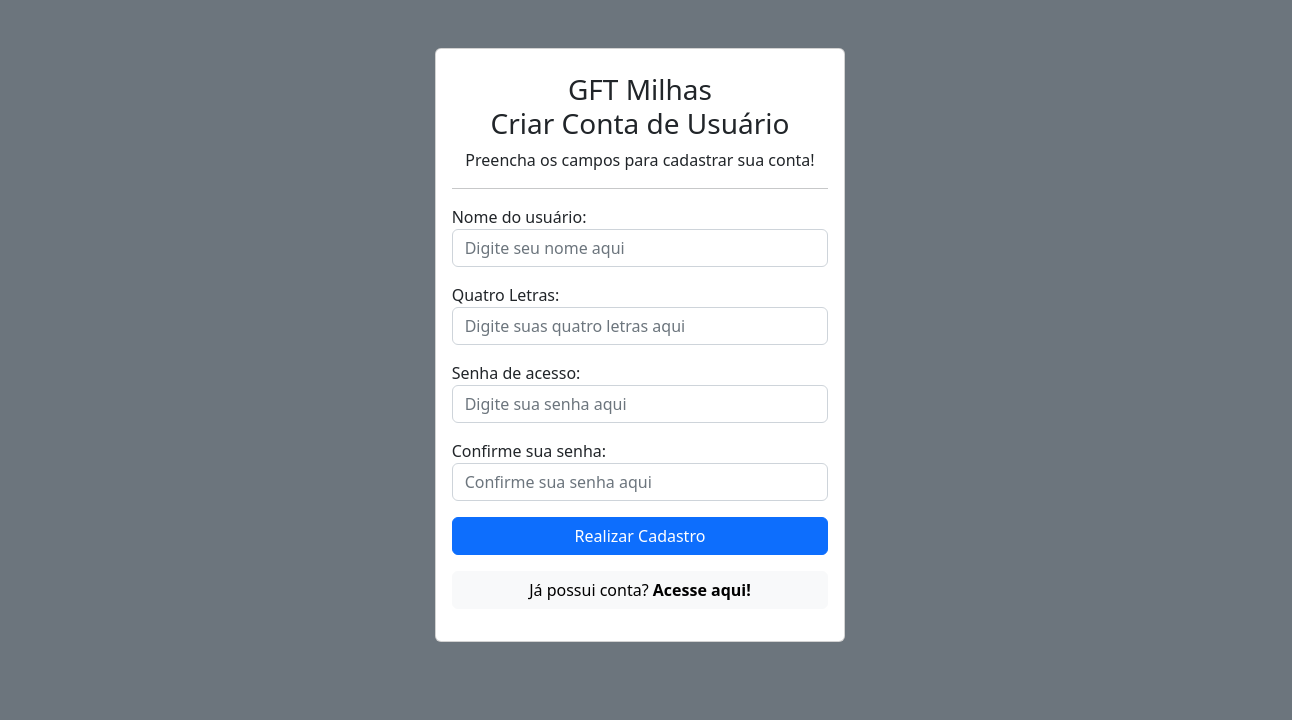
Repository: thamaraamaral/desafio_mvc1
Page: http://localhost/projeto-milhas/WEB-INF/views/register.jsp
The author's editor kept a copy of each file at every save. The page is drawn from the files as they stood at one save, then again after the next save.
The browser window is 1280 px wide. The page is 1292 px wide, so the pictures cover 1292 px, including what lies to the right of the window. The pictures show the whole page.
The page is served by Tomcat 9. Nobody is signed in. Other server files are loaded and not shown. The template is opened directly, without the code that normally fills it, so the values that code supplies are empty.

Above is the page before, as saved 2022-10-27 14:18:02.

### projeto-milhas/src/main/webapp/WEB-INF/views/register.jsp
<%@ page language="java" contentType="text/html; charset=UTF-8"
	pageEncoding="UTF-8"%>
<!DOCTYPE html>
<html>
<head>
<meta charset="UTF-8">
<title>GFT Milhas</title>

<!-- CSS only -->
<link
	href="https://cdn.jsdelivr.net/npm/bootstrap@5.2.2/dist/css/bootstrap.min.css"
	rel="stylesheet">
</head>
<body class="bg-secondary">

	<div class="row">
		<div class="col-md-4 offset-md-4">
			<div class="card mt-5">
				<div class="card-body">

					<div class="text-center">

						<h3 class="mt-2">GFT Milhas <br>Criar Conta de Usuário</h3>
						<p>Preencha os campos para cadastrar sua conta!</p>
						<hr />
					</div>

					<form action="">

						<div class="mb-3">
							<label>Nome do usuário:</label> <input type="text"
								class="form-control" placeholder="Digite seu nome aqui">
						</div>

						<div class="mb-3">
							<label>Quatro Letras:</label> <input type="text"
								class="form-control" placeholder="Digite suas quatro letras aqui">
						</div>

						<div class="mb-3">
							<label>Senha de acesso:</label> <input type="password"
								class="form-control" placeholder="Digite sua senha aqui">
						</div>

												<div class="mb-3">
							<label>Confirme sua senha:</label> <input type="password"
								class="form-control" placeholder="Confirme sua senha aqui">
						</div>

						<div class="mb-3">
							<div class="d-grid">
								<input type="submit" value="Realizar Cadastro"
									class="btn btn-primary" />
							</div>
						</div>

						<div class="mb-3">
							<div class="d-grid">
								<a href="/projeto-milhas/" class="btn btn-light">
									Já possui conta? <strong>Acesse aqui!</strong></a>
							</div>
						</div>
					</form>
				</div>
			</div>
		</div>
	</div>
	<!-- JavaScript Bundle with Popper -->
	<script
		src="https://cdn.jsdelivr.net/npm/bootstrap@5.2.2/dist/js/bootstrap.bundle.min.js"></script>
</body>
</html>

After the next save:
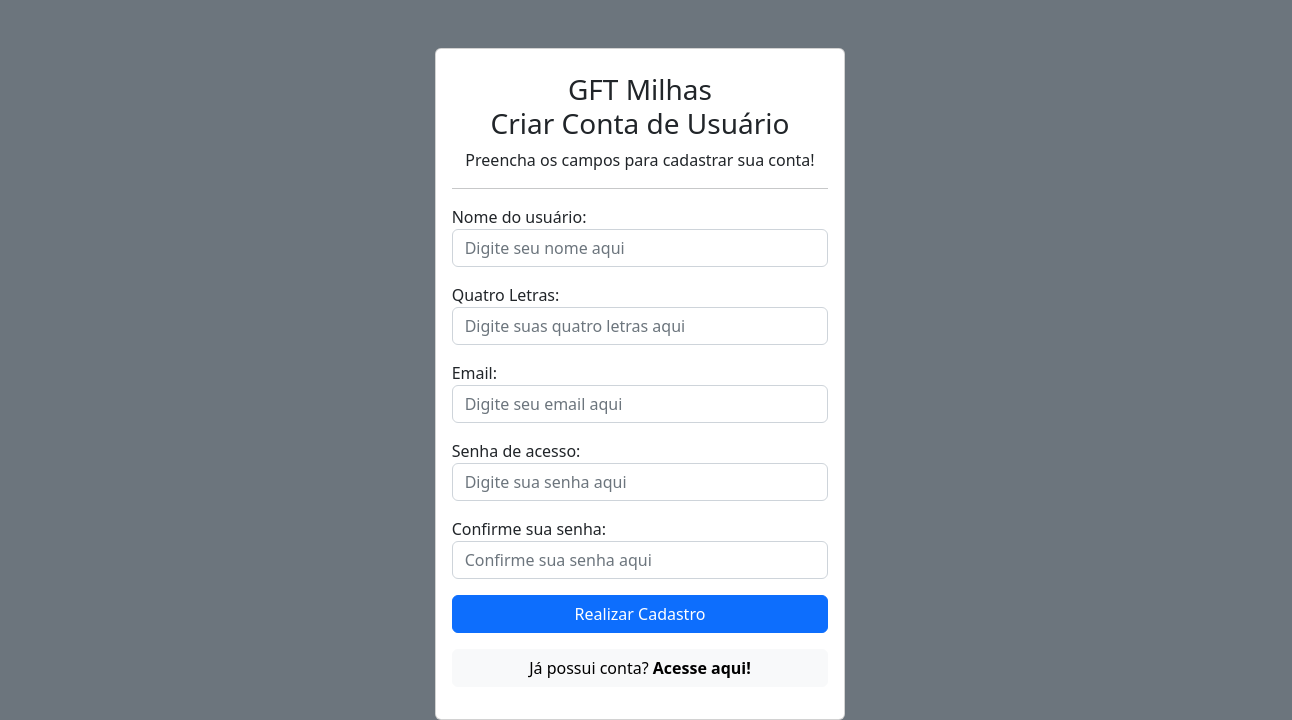
Saved 38 s later.
--- a/projeto-milhas/src/main/webapp/WEB-INF/views/register.jsp
+++ b/projeto-milhas/src/main/webapp/WEB-INF/views/register.jsp
@@ -20,7 +20,9 @@
 
 					<div class="text-center">
 
-						<h3 class="mt-2">GFT Milhas <br>Criar Conta de Usuário</h3>
+						<h3 class="mt-2">
+							GFT Milhas <br>Criar Conta de Usuário
+						</h3>
 						<p>Preencha os campos para cadastrar sua conta!</p>
 						<hr />
 					</div>
@@ -34,7 +36,14 @@
 
 						<div class="mb-3">
 							<label>Quatro Letras:</label> <input type="text"
-								class="form-control" placeholder="Digite suas quatro letras aqui">
+								class="form-control"
+								placeholder="Digite suas quatro letras aqui">
+						</div>
+
+						<div class="mb-3">
+							<label>Email:</label> <input type="email"
+								class="form-control"
+								placeholder="Digite seu email aqui">
 						</div>
 
 						<div class="mb-3">
@@ -42,7 +51,7 @@
 								class="form-control" placeholder="Digite sua senha aqui">
 						</div>
 
-												<div class="mb-3">
+						<div class="mb-3">
 							<label>Confirme sua senha:</label> <input type="password"
 								class="form-control" placeholder="Confirme sua senha aqui">
 						</div>
@@ -56,8 +65,9 @@
 
 						<div class="mb-3">
 							<div class="d-grid">
-								<a href="/projeto-milhas/" class="btn btn-light">
-									Já possui conta? <strong>Acesse aqui!</strong></a>
+								<a href="/projeto-milhas/" class="btn btn-light"> Já possui
+									conta? <strong>Acesse aqui!</strong>
+								</a>
 							</div>
 						</div>
 					</form>
